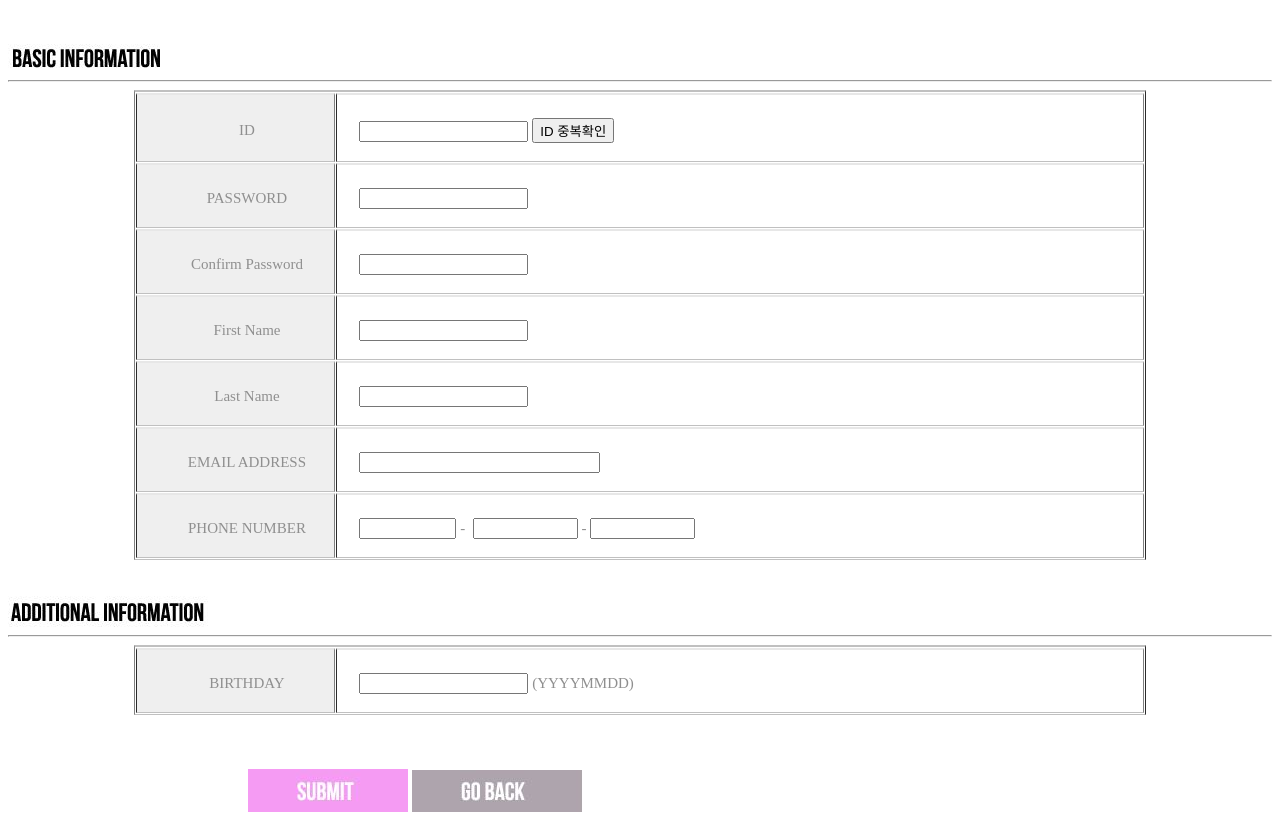
Repository: kminjoo/Making-website-using-JSP
Page: http://localhost/website_project/Register.jsp
The author's editor kept a copy of each file at every save. The page is drawn from the files as they stood at one save, then again after the next save.
The browser window is 1280 px wide. The pictures show the whole page.
The page is served by Tomcat 9.

Above is the page before, as saved 2015-07-21 14:31:57.

After the next save:
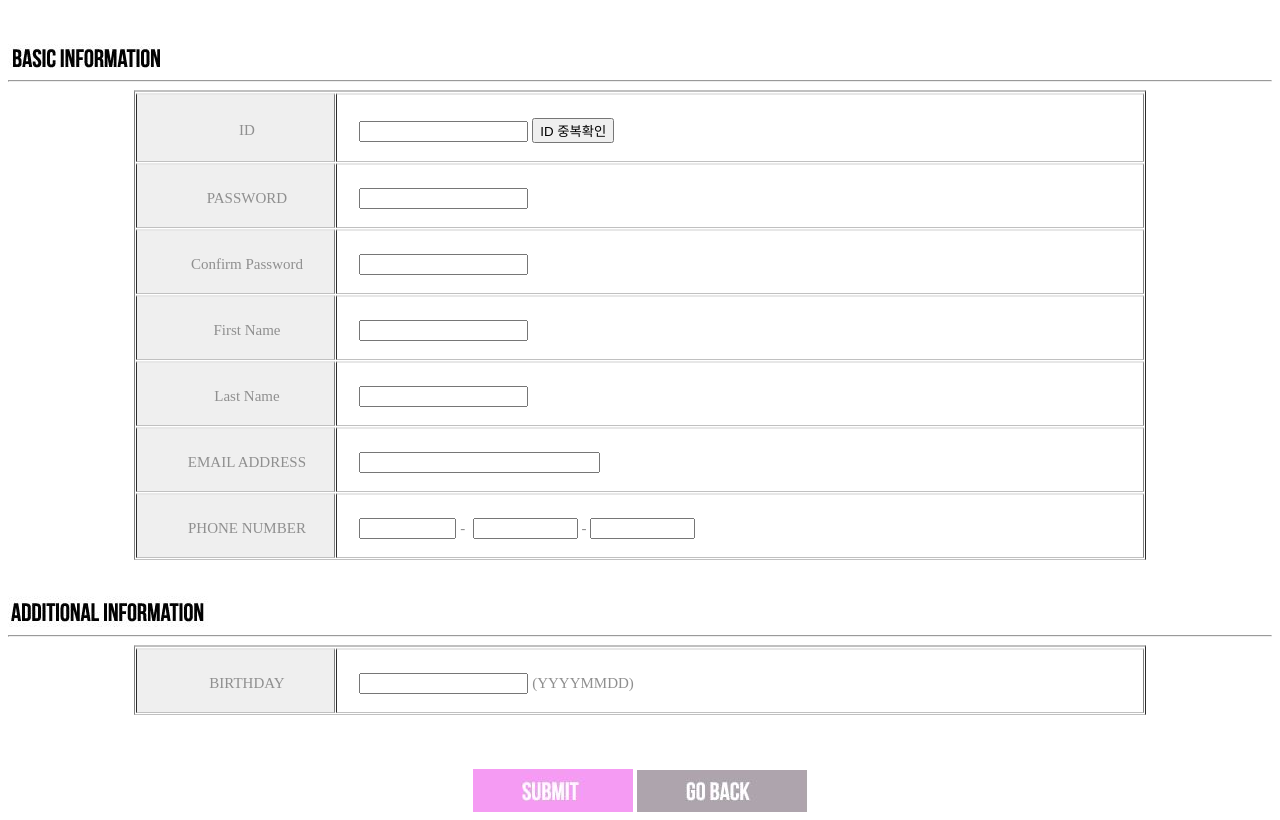
Saved 39 s later.
--- a/website_project/WebContent/Register.jsp
+++ b/website_project/WebContent/Register.jsp
@@ -60,11 +60,7 @@
 <br>
 <br>
 &nbsp;&nbsp;&nbsp;&nbsp;&nbsp;&nbsp;&nbsp;&nbsp;&nbsp;&nbsp;&nbsp;
-<div>&nbsp;&nbsp;&nbsp;&nbsp;&nbsp;&nbsp;&nbsp;&nbsp;&nbsp;&nbsp;&nbsp;
-&nbsp;&nbsp;&nbsp;&nbsp;&nbsp;&nbsp;&nbsp;&nbsp;&nbsp;&nbsp;&nbsp;
-&nbsp;&nbsp;&nbsp;&nbsp;&nbsp;&nbsp;&nbsp;&nbsp;&nbsp;&nbsp;&nbsp;
-&nbsp;&nbsp;&nbsp;&nbsp;&nbsp;&nbsp;&nbsp;&nbsp;&nbsp;&nbsp;&nbsp;
-&nbsp;&nbsp;&nbsp;&nbsp;&nbsp;&nbsp;&nbsp;&nbsp;&nbsp;&nbsp;&nbsp;
+<div align="center">
 <img src="<%=request.getContextPath() %>/images/submit.JPG"/>
 <img src="<%=request.getContextPath() %>/images/goback.JPG"/></div>
 </body>
